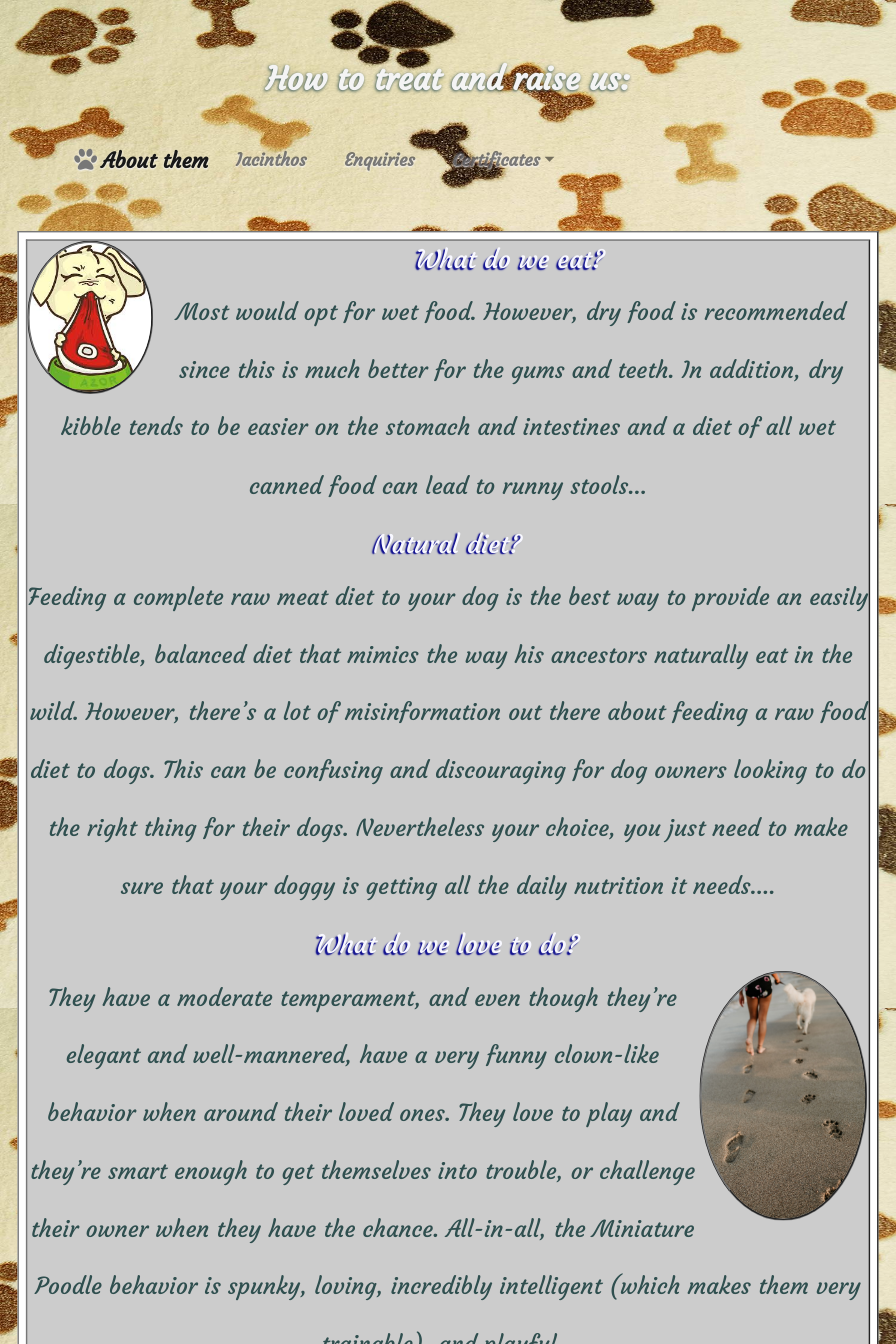
Repository: Code-Institute-Submissions/GeorgiosSklav-Iacinthos-blog
Page: about-them.html
The author's editor kept a record of every edit. The page is drawn from the files as they stood at one moment, then again after the next edit.
The browser window is 1280 px wide. The pictures show the part of the page from y = 0 to 1920 px (the page is 3680 px tall before and 3699 px after), at 70% of full size.
Backgrounds fixed to the window are drawn as part of the page.

Above is the page before.

After the next edit:
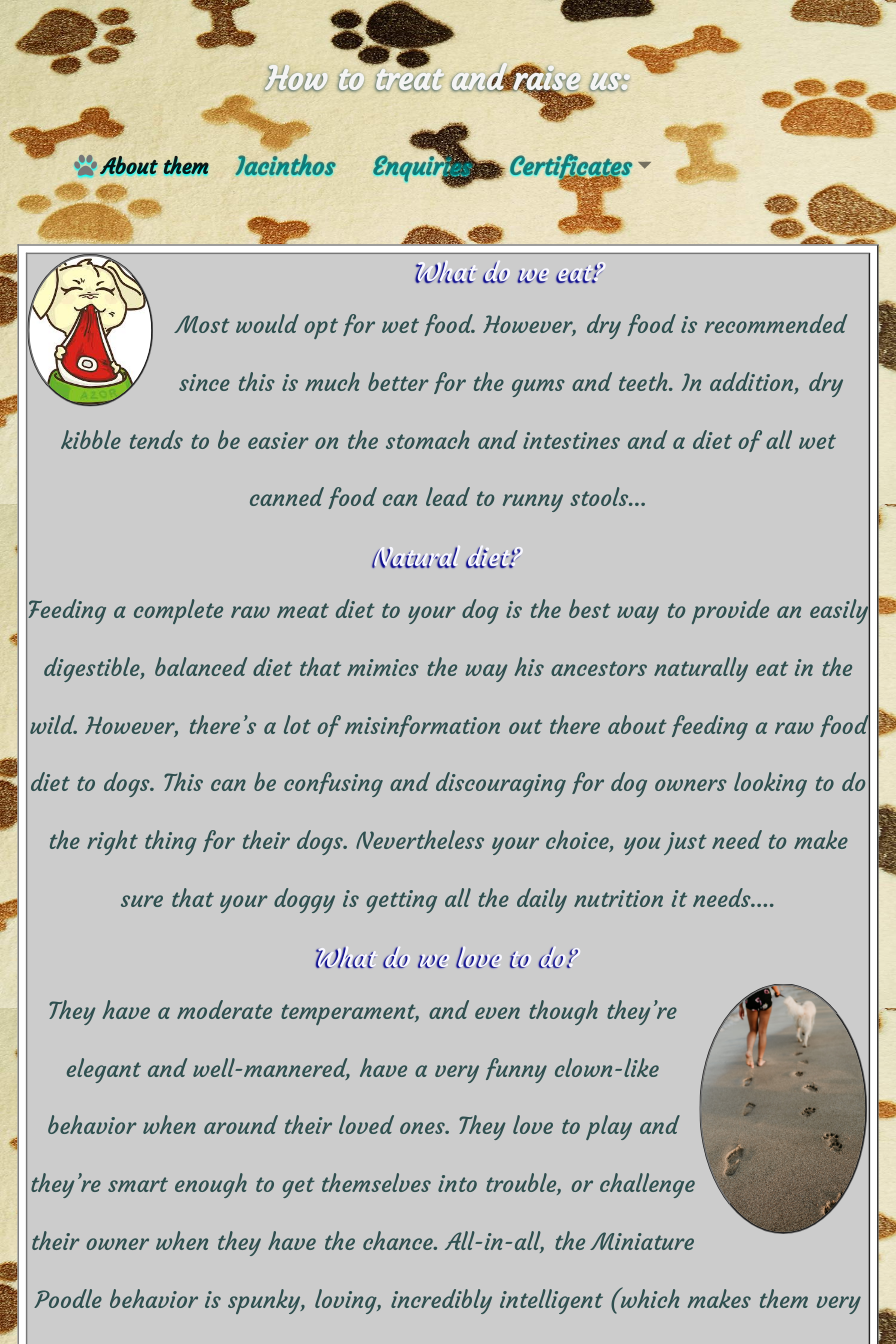
The edit:
--- a/style.css
+++ b/style.css
@@ -50,14 +50,15 @@
 .navbar-light {
     font-family: 'Courgette', sans-serif;
     font-weight: 600;
-    font-size: 25px;
-    text-shadow: 0px 2px 3px #f8f8ff;
+    font-size: 35px;
+    text-shadow: 0px 2px 3px /*#f8f8ff;*/ #00ffff;
+
 }
 
 .nav-link {
     margin-right: 15px;
     margin-left: 15px;
-        /*color: #00008b;*/color: #00ffff;
+        /*color: #00008b;*/color:
 
 }
 
